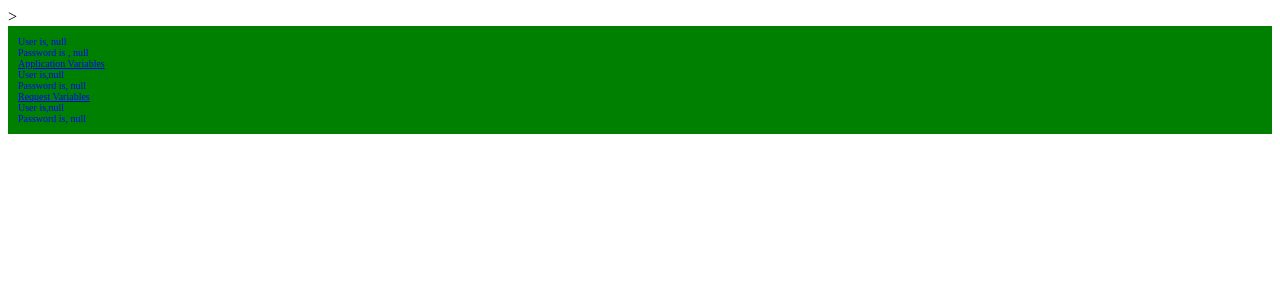
Repository: savithahb/springboot-apps
Page: http://localhost/WebOld2/result.jsp
The author's editor kept a copy of each file at every save. The page is drawn from the files as they stood at one save, then again after the next save.
The browser window is 1280 px wide. The pictures show the whole page.
The page is served by Tomcat 9. Other server files are loaded and not shown. The template is opened directly, without the code that normally fills it, so the values that code supplies are empty.

Above is the page before, as saved 2020-02-13 08:43:29.

### WebOld2/WebContent/result.jsp
<%@ page language="java" contentType="text/html; charset=ISO-8859-1"
    pageEncoding="ISO-8859-1"%>
<!DOCTYPE html>
<html>
<head>
<meta charset="ISO-8859-1">
<title>Insert title here</title>
</head>
<body>

	<%

	//Scriplet
	String user= (String) session.getAttribute("user");
	String password= (String) session.getAttribute("pass");

	String user1= (String) application.getAttribute("user");
	String password1= (String) application.getAttribute("pass");

	String user2= (String) request.getAttribute("user");
	String password2= (String) request.getAttribute("pass");

	%>>
	<div style="padding:10px;
	background-color: green; color: blue; font-size: 10px; ">
	User is, <%=user%> <br/>
	Password is , <%=password %><br/>

	<u>Application Variables</u><br/>
	User is,<%=user1%> <br/>
	Password is, <%=password1%><br/>

	<u>Request Variables</u><br/>
	User is,<%=user2%> <br/>
	Password is, <%=password2%><br/>

	</div>

</body>
</html>

After the next save:
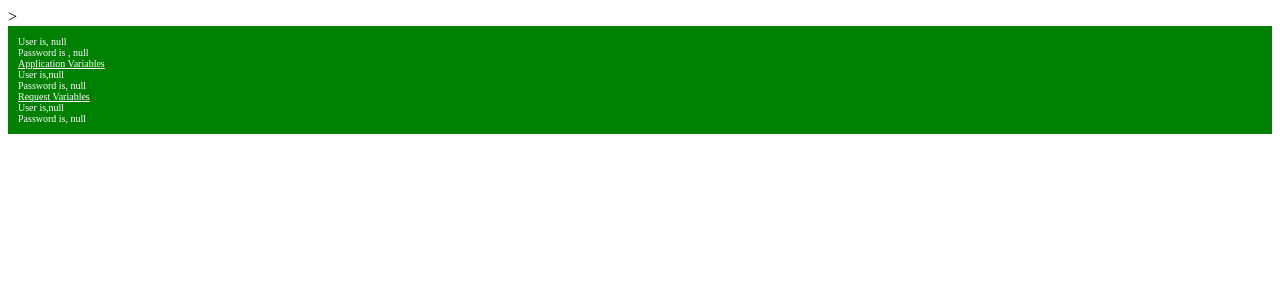
Saved 80 s later.
--- a/WebOld2/WebContent/result.jsp
+++ b/WebOld2/WebContent/result.jsp
@@ -22,7 +22,7 @@
 
 	%>>
 	<div style="padding:10px;
-	background-color: green; color: blue; font-size: 10px; ">
+	background-color: green; color: white; font-size: 10px; ">
 	User is, <%=user%> <br/>
 	Password is , <%=password %><br/>
 
